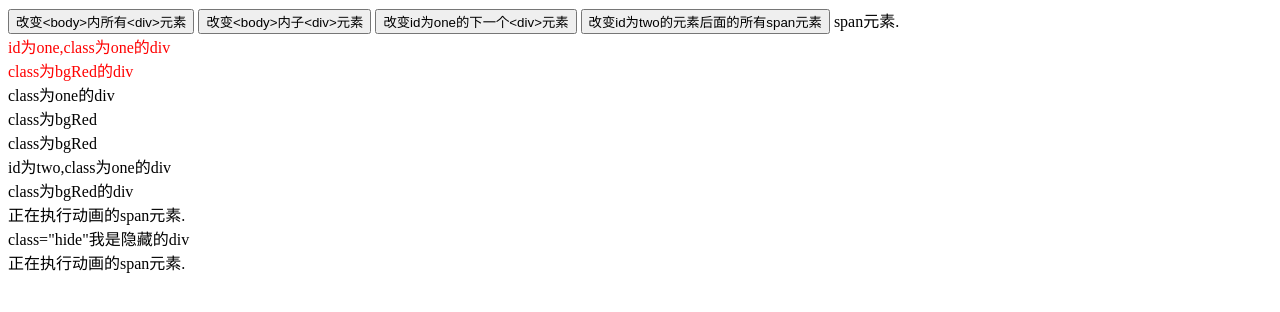
Repository: byuan98/study
Page: http://localhost/day070web/jsp/texttwo.jsp
The author's editor kept a copy of each file at every save. The page is drawn from the files as they stood at one save, then again after the next save.
The browser window is 1280 px wide. The pictures show the whole page.
The page is served by Tomcat 9.

Above is the page before, as saved 2021-03-29 11:03:34.

### day070web/WebContent/jsp/texttwo.jsp
<%@ page language="java" contentType="text/html; charset=UTF-8" pageEncoding="UTF-8"%>
<!DOCTYPE html>
<html>
<head>
<meta charset="UTF-8">
<title>Insert title here</title>
</head>
<body>
  <!-- 控制按钮 -->
  <input id="btn1" type="button" value="改变<body>内所有<div>元素"/>
  <input id="btn2" type="button" value="改变<body>内子<div>元素"/>
  <input id="btn3" type="button" value="改变id为one的下一个<div>元素"/>
  <input id="btn4" type="button" value="改变id为two的元素后面的所有span元素"/>

  <!-- 测试元素 -->
  <span >span元素.</span>
  <div class="one" id="one"   style="color:red;">
      id为one,class为one的div
      <div class="bgRed">class为bgRed的div</div>
  </div>
  <div class="one">
      class为one的div
      <div class="bgRed">class为bgRed</div>
      <div class="bgRed">class为bgRed</div>
  </div>
  <div class="one" id="two" >
      id为two,class为one的div
      <div class="bgRed">class为bgRed的div</div>
  </div>
  <span id="mover">正在执行动画的span元素.</span>
  <div class="hide">class="hide"我是隐藏的div</div>
  <span id="mover">正在执行动画的span元素.</span>
</body>
</html>

After the next save:
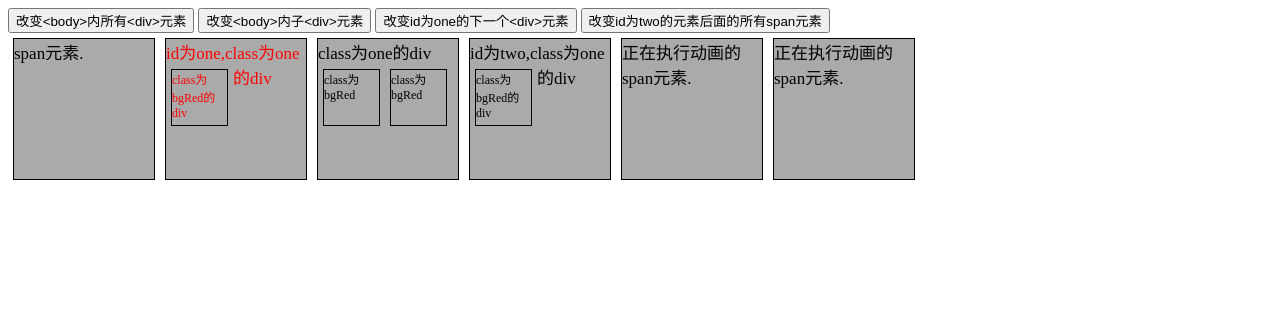
Saved 107 s later.
--- a/day070web/WebContent/jsp/texttwo.jsp
+++ b/day070web/WebContent/jsp/texttwo.jsp
@@ -4,13 +4,33 @@
 <head>
 <meta charset="UTF-8">
 <title>Insert title here</title>
+<style type="text/css">
+div,span,p{
+    width:140px;
+    height:140px;
+    margin:5px;
+    background:#aaa;
+    border:#000 1px solid;
+    float:left;
+    font-size:17px;
+}
+div.bgRed {
+    width:55px;
+    height:55px;
+    background-color: #aaa;
+    font-size:12px;
+}
+div.hide {
+    display:none;
+}
+</style>
 </head>
 <body>
   <!-- 控制按钮 -->
   <input id="btn1" type="button" value="改变<body>内所有<div>元素"/>
   <input id="btn2" type="button" value="改变<body>内子<div>元素"/>
   <input id="btn3" type="button" value="改变id为one的下一个<div>元素"/>
-  <input id="btn4" type="button" value="改变id为two的元素后面的所有span元素"/>
+  <input id="btn4" type="button" value="改变id为two的元素后面的所有span元素"/><br/>
 
   <!-- 测试元素 -->
   <span >span元素.</span>
